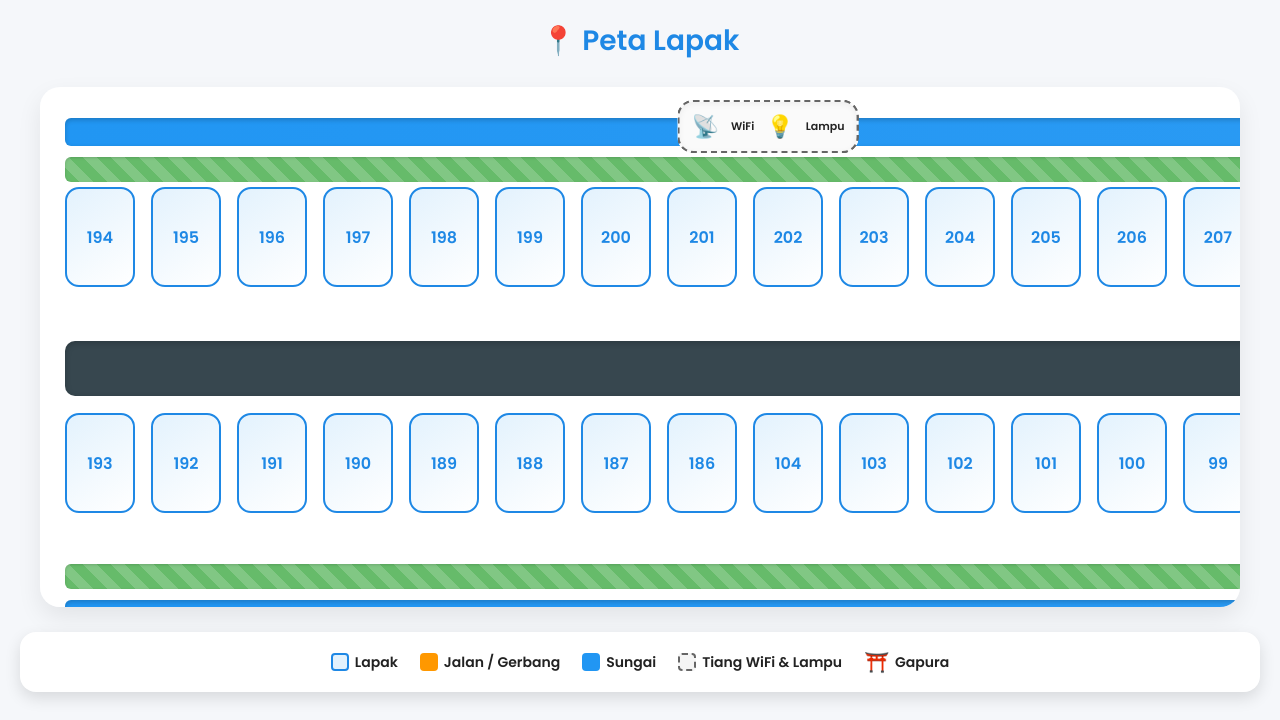
Repository: pasarrakyatbak/denah
Page: index.html
The author's editor kept a copy of each file at every save. The page is drawn from the files as they stood at one save, then again after a run of saves.
The browser window is 1280 px wide. The pictures show the whole page.
An inner scrolling area shows only its first screen.

Above is the page before, as saved 2025-09-19 19:01:17.

### index.html
<!DOCTYPE html>
<html lang="id">

<head>
    <meta charset="utf-8" />
    <meta name="viewport" content="width=device-width, initial-scale=1" />
    <title>Peta Lapak Modern</title>
    <link href="https://fonts.googleapis.com/css2?family=Poppins:wght@400;600&display=swap" rel="stylesheet">
    <link rel="stylesheet" href="style.css" />
</head>

<body>
    <h1>📍 Peta Lapak</h1>

    <!-- Tooltip -->
    <div class="tooltip" id="tooltip"></div>

    <!-- Grid Container -->
    <div class="scroll-container">
        <div class="h-inner">

            <!-- Rumput kiri -->
            <div class="sungai-side">🌊 Sungai</div>
            <div class="rumput"></div>
            <!-- Lapak kanan (sekarang di atas jalan utama) -->
            <div class="row bottom" id="right-side"></div>
            <!-- Jalan utama -->
            <div class="road-wrapper">
                <div class="road">JALAN UTAMA</div>
            </div>

            <!-- Lapak kiri (sekarang di bawah jalan utama) -->
            <div class="row top" id="left-side"></div>

            <!-- Rumput kanan -->
            <div class="rumput"></div>
            <div class="sungai-side">🌊 Sungai</div>
        </div>
    </div>


    <!-- Legend -->
    <div class="legend">
        <div>
            <div class="legend-color lapak-color"></div> Lapak
        </div>
        <div>
            <div class="legend-color jalan-color"></div> Jalan / Gerbang
        </div>
        <div>
            <div class="legend-color sungai-color"></div> Sungai
        </div>
        <div>
            <div class="legend-color tiang-color"></div> Tiang WiFi & Lampu
        </div>
        <div>
            <div class="legend-icon">⛩️</div> Gapura
        </div>
    </div>
    </div>

    <script src="script.js"></script>
</body>

</html>

### style.css
/* Reset & Base */
* {
    margin: 0;
    padding: 0;
    box-sizing: border-box;
}

body {
    font-family: 'Poppins', sans-serif;
    background: #f5f7fa;
    color: #222;
    padding: 20px;
    text-align: center;
}

h1 {
    font-size: 28px;
    margin-bottom: 25px;
    color: #1e88e5;
    font-weight: 700;
}

/* Scroll container */
.scroll-container {
    width: 100%;
    max-width: 1200px;
    height: 520px;
    overflow: auto;
    background: #fff;
    border-radius: 20px;
    padding: 25px;
    box-shadow: 0 10px 25px rgba(0, 0, 0, 0.08);
    margin: auto;
}

.h-inner {
    display: flex;
    flex-direction: column;
    gap: 5px;
    min-width: max-content;
}

.row {
    display: flex;
    gap: 16px;
    align-items: flex-start;
    flex-wrap: wrap;
    min-width: max-content;
}

/* Lapak modern */
.lapak {
    width: 70px;
    height: 100px;
    border-radius: 14px;
    background: linear-gradient(145deg, #e3f2fd, #ffffff);
    border: 2px solid #1e88e5;
    color: #1e88e5;
    font-weight: 600;
    display: flex;
    align-items: center;
    justify-content: center;
    cursor: pointer;
    font-size: 16px;
    transition: all 0.3s ease;
}

.lapak:hover {
    background: #1e88e5;
    color: #fff;
    transform: translateY(-6px) scale(1.08);
    box-shadow: 0 10px 18px rgba(30, 136, 229, 0.35);
}

/* Jalan utama */
.road {
    height: 85px;
    background: #37474f;
    color: #fff;
    display: flex;
    align-items: center;
    justify-content: center;
    border-radius: 14px;
    font-weight: 700;
    font-size: 16px;
    margin: 12px 0;
    letter-spacing: 1px;
    box-shadow: inset 0 2px 6px rgba(0, 0, 0, 0.2);
}

/* Jalan / Gerbang */
.jalan-gerbang {
    width: 150px;
    height: 50px;
    background: #ff9800;
    color: #fff;
    display: flex;
    align-items: center;
    justify-content: center;
    border-radius: 12px;
    font-weight: 700;
    transition: all 0.3s;
    box-shadow: 0 4px 12px rgba(255, 152, 0, 0.3);
}

.jalan-gerbang:hover {
    background: #fb8c00;
    transform: translateY(-4px);
}

/* Gapura lintas jalan */
.gapura-container {
    width: 70px;
    height: 100px;
    display: flex;
    flex-direction: column;
    align-items: center;
    justify-content: center;
    gap: 4px;
}

.gapura-icon {
    font-size: 26px;
}

.gapura-arrow {
    font-size: 18px;
}

/* Sungai */
.sungai-bawah {
    background: linear-gradient(180deg, #2196f3 0%, #64b5f6 100%);
    border-radius: 12px;
    color: #fff;
    font-weight: 600;
    display: flex;
    align-items: center;
    justify-content: center;
    font-size: 0.85em;
    width: 120%;
    height: 40px;
    box-shadow: 0 3px 8px rgba(33, 150, 243, 0.4);
}

.sungai-atas {
    background: linear-gradient(90deg, #00bfff, #4fc3f7);
    color: #fff;
    font-size: 12px;
    font-weight: bold;
    padding: 4px 10px;
    border-radius: 8px;
    margin-bottom: 5px;
}

/* Tiang WiFi + Lampu */
.tiang-container {
    position: absolute;
    top: 100px;
    left: 60%;
    transform: translateX(-50%);
    z-index: 10;
    min-width: 120px;
    padding: 8px 12px;
    background: #fafafa;
    border: 2px dashed #666;
    border-radius: 16px;
    display: flex;
    align-items: center;
    justify-content: center;
    gap: 12px;
    font-size: 22px;
    font-weight: bold;
    color: #444;
    box-shadow: inset 0 2px 6px rgba(0, 0, 0, 0.05);
}

.tiang-label {
    font-size: 11px;
    font-weight: 600;
    color: #222;
}


/* Tooltip */
.tooltip {
    position: absolute;
    background: rgba(30, 136, 229, 0.95);
    color: #fff;
    padding: 7px 12px;
    border-radius: 8px;
    font-size: 13px;
    pointer-events: none;
    opacity: 0;
    transition: opacity 0.2s, transform 0.2s;
    z-index: 10;
    transform: translateY(-4px);
}

/* Legend */
.legend {
    margin-top: 25px;
    background: #fff;
    padding: 14px 20px;
    border-radius: 16px;
    box-shadow: 0 6px 16px rgba(0, 0, 0, 0.12);
    font-size: 14px;
    font-weight: 600;
    line-height: 1.6;
    display: flex;
    gap: 22px;
    justify-content: center;
    flex-wrap: wrap;
}

.legend div {
    display: flex;
    align-items: center;
    gap: 6px;
}

.legend-color {
    width: 18px;
    height: 18px;
    border-radius: 4px;
}

.legend-icon {
    font-size: 20px;
}

/* Legend colors */
.lapak-color {
    background: #e3f2fd;
    border: 2px solid #1e88e5;
}

.jalan-color {
    background: #ff9800;
}

.sungai-color {
    background: #2196f3;
}

.tiang-color {
    background: #f5f5f5;
    border: 2px dashed #666;
}

/* Wrapper */
.lapak-wrapper {
    display: flex;
    flex-direction: column;
    align-items: center;
    gap: 6px;
}

.lapak-wrapper .lapak {
    order: 2;
}

.lapak-wrapper .jalan-gerbang,
.lapak-wrapper .gapura-container,
.lapak-wrapper .sungai-atas,
.lapak-wrapper .sungai-bawah,
.lapak-wrapper .tiang-container {
    order: 1;
}

/* Bungkus jalan + rumput */
.road-wrapper {
    display: flex;
    flex-direction: column;
    gap: 6px;
    width: 100%;
}

/* Jalan utama penuh kiri kanan */
.road {
    height: 55px;
    width: 100%;
    background: #37474f;
    color: #fff;
    display: flex;
    align-items: center;
    justify-content: center;
    border-radius: 10px;
    font-weight: 700;
    font-size: 16px;
    letter-spacing: 1px;
    box-shadow: inset 0 2px 6px rgba(0, 0, 0, 0.2);
}

/* Rumput di sisi jalan */
.rumput {
    height: 25px;
    width: 100%;
    background: repeating-linear-gradient(45deg,
            #66bb6a,
            #66bb6a 10px,
            #81c784 10px,
            #81c784 20px);
    border-radius: 6px;
    box-shadow: inset 0 1px 3px rgba(0, 0, 0, 0.15);
}

/* Sungai samping */
.sungai-side {
    width: 100%;
    height: 28px;
    background: linear-gradient(90deg, #2196f3, #64b5f6);
    border-radius: 6px;
    color: #fff;
    font-weight: 600;
    font-size: 13px;
    display: flex;
    align-items: center;
    justify-content: center;
    gap: 6px;
    box-shadow: inset 0 2px 5px rgba(0, 0, 0, 0.2);
    margin: 6px 0;
}

/* Responsive */
@media(max-width:900px) {
    .scroll-container {
        height: 450px;
    }

    .lapak {
        width: 60px;
        height: 90px;
        font-size: 14px;
    }

    .jalan-gerbang {
        width: 120px;
        height: 45px;
        font-size: 13px;
    }
}

@media(max-width:600px) {
    body {
        padding: 12px;
    }

    h1 {
        font-size: 22px;
    }

    .scroll-container {
        height: 400px;
        padding: 12px;
    }

    .lapak {
        width: 50px;
        height: 80px;
        font-size: 13px;
    }

    .jalan-gerbang {
        width: 100px;
        height: 40px;
        font-size: 12px;
    }

    .sungai-bawah {
        width: 100%;
        height: 35px;
        font-size: 0.75em;
    }
}

### script.js
// DATA NOMOR
const leftNumbers = [1, 2, 3, 4, 5, 6, 7, 8, 9, 10, 11, 15, 16, 17, 18, 19, 20, 21, 22, 23, 24, 25, 26, 27, 28, 29, 30, 31, 32, 33, 34, 35, 36, 37, 38, 39, 40, 41, 42, 43, 44, 45, 46, 47, 48, 49, 50, 51, 52, 53, 54, 55, 56, 57, 58, 59, 60, 61, 62, 63, 64, 65, 66, 67, 68, 69, 70, 71, 72, 73, 74, 75, 76, 77, 78, 79, 80, 81, 82, 83, 84, 85, 86, 87, 88, 89, 90, 91, 92, 93, 94, 95, 96, 97, 98, 99, 100, 101, 102, 103, 104, 186, 187, 188, 189, 190, 191, 192, 193];
const rightNumbers = [194, 195, 196, 197, 198, 199, 200, 201, 202, 203, 204, 205, 206, 207, 208, 209, 210, 211, 212, 213, 105, 106, 107, 108, 109, 110, 111, 112, 113, 114, 115, 116, 117, 118, 119, 120, 121, 122, 123, 124, 125, 126, 127, 128, 129, 130, 131, 132, 133, 134, 135, 136, 137, 138, 214, 215, 216, 139, 140, 141, 142, 143, 144, 145, 146, 147, 148, 149, 150, 151, 152, 153, 154, 155, 156, 157, 158, 159, 160, 161, 162, 163, 164, 165, 166, 167, 168, 169, 170, 171, 172, 173, 174, 175, 176, 177, 178, 179, 180, 181, 182, 183, 184, 185];

const rightSide = document.getElementById('right-side');
const leftSide = document.getElementById('left-side');

// Buat lapak
function makeLapak(num) {
    const d = document.createElement('div');
    d.className = 'lapak';
    d.textContent = num;
    return d;
}

rightNumbers.forEach(n => rightSide.appendChild(makeLapak(n)));
leftNumbers.slice().reverse().forEach(n => leftSide.appendChild(makeLapak(n)));

// Gerbang
function insertGerbangBetween(parent, a, b, label = 'Gerbang') {
    const children = Array.from(parent.children);
    const idxA = children.findIndex(c => c.textContent == String(a));
    const idxB = children.findIndex(c => c.textContent == String(b));
    if (idxA === -1 || idxB === -1) return;
    const insertAfterIndex = Math.min(idxA, idxB);
    const refNode = parent.children[insertAfterIndex + 1] || null;
    const g = document.createElement('div');
    g.className = 'jalan-gerbang';
    g.textContent = label;
    parent.insertBefore(g, refNode);
}
insertGerbangBetween(leftSide, 2, 3);
insertGerbangBetween(leftSide, 11, 15);

// Gapura lintas jalan
function insertGapura(leftParent, rightParent, a, b) {
    const idxL = Array.from(leftParent.children).findIndex(c => c.textContent == a);
    const idxR = Array.from(rightParent.children).findIndex(c => c.textContent == b);
    if (idxL === -1 || idxR === -1) return;

    const gapuraBottom = document.createElement('div');
    gapuraBottom.className = 'gapura-container';
    gapuraBottom.innerHTML = `<div class="gapura-icon">⛩️</div><div class="gapura-arrow">⬆️</div>`;
    leftParent.insertBefore(gapuraBottom, leftParent.children[idxL + 1]);

    const gapuraTop = document.createElement('div');
    gapuraTop.className = 'gapura-container';
    gapuraTop.innerHTML = `<div class="gapura-arrow">⬇️</div><div class="gapura-icon">⛩️</div>`;
    rightParent.insertBefore(gapuraTop, rightParent.children[idxR]);
}
insertGapura(leftSide, rightSide, 57, 146);

// Sungai
function placeSungaiBelow(parent, num) {
    const target = Array.from(parent.children).find(c => c.textContent == num);
    if (!target) return;
    const wrapper = document.createElement('div');
    wrapper.className = 'lapak-wrapper';
    wrapper.setAttribute('data-lapak', num);
    parent.insertBefore(wrapper, target);
    wrapper.appendChild(target);

    const sungai = document.createElement('div');
    sungai.className = 'sungai-bawah';
    sungai.textContent = 'Sungai';
    wrapper.appendChild(sungai);
}
function placeSungaiAbove(parent, num) {
    const target = Array.from(parent.children).find(c => c.textContent == num);
    if (!target) return;
    const wrapper = document.createElement('div');
    wrapper.className = 'lapak-wrapper';
    wrapper.setAttribute('data-lapak', num);
    parent.insertBefore(wrapper, target);
    wrapper.appendChild(target);

    const sungai = document.createElement('div');
    sungai.className = 'sungai-atas';
    sungai.textContent = 'Sungai';
    wrapper.insertBefore(sungai, target);
}
placeSungaiBelow(leftSide, 62);
placeSungaiAbove(rightSide, 141);

// Tiang WiFi + Lampu
function insertTiangAbove(parent, num) {
    const target = Array.from(parent.children).find(c => c.textContent == num);
    if (!target) return;

    // Bungkus dulu
    const wrapper = document.createElement('div');
    wrapper.className = 'lapak-wrapper';
    parent.insertBefore(wrapper, target);
    wrapper.appendChild(target);

    // Tambah tiang di atas lapak
    const tiang = document.createElement('div');
    tiang.className = 'tiang-container';
    tiang.innerHTML = `📡<div class="tiang-label">WiFi</div>💡<div class="tiang-label">Lampu</div>`;
    wrapper.insertBefore(tiang, target);
}


// Jalan
function insertJalan(parent, a, b, label = 'Jalan') {
    const idxA = Array.from(parent.children).findIndex(c => c.textContent == a);
    const idxB = Array.from(parent.children).findIndex(c => c.textContent == b);
    if (idxA === -1 || idxB === -1) return;
    const insertAfter = Math.min(idxA, idxB);
    const refNode = parent.children[insertAfter + 1] || null;
    const jalan = document.createElement('div');
    jalan.className = 'jalan-gerbang';
    jalan.textContent = label;
    parent.insertBefore(jalan, refNode);
}

// Contoh insert
insertJalan(rightSide, 156, 157);
insertJalan(rightSide, 216, 139);
insertJalan(rightSide, 163, 164);
insertJalan(rightSide, 180, 181);
insertTiangAbove(rightSide, 20, 201);
insertTiangAbove(rightSide, 108, 109);
insertTiangAbove(rightSide, 124, 125);
insertTiangAbove(rightSide, 137, 138);

const tooltip = document.getElementById('tooltip');

function showTooltip(e, text) {
    tooltip.textContent = text;
    tooltip.style.left = e.pageX + 10 + 'px';
    tooltip.style.top = e.pageY + 10 + 'px';
    tooltip.style.opacity = 1;
}

function hideTooltip() {
    tooltip.style.opacity = 0;
}

// Tambahkan tooltip untuk setiap elemen
document.querySelectorAll('.lapak').forEach(el => {
    el.addEventListener('mouseenter', e => showTooltip(e, 'Lapak #' + el.textContent));
    el.addEventListener('mousemove', e => showTooltip(e, 'Lapak #' + el.textContent));
    el.addEventListener('mouseleave', hideTooltip);
});

document.querySelectorAll('.jalan-gerbang').forEach(el => {
    el.addEventListener('mouseenter', e => showTooltip(e, 'Jalan / Gerbang: ' + el.textContent));
    el.addEventListener('mousemove', e => showTooltip(e, 'Jalan / Gerbang: ' + el.textContent));
    el.addEventListener('mouseleave', hideTooltip);
});

document.querySelectorAll('.sungai-bawah, .sungai-atas').forEach(el => {
    el.addEventListener('mouseenter', e => showTooltip(e, 'Sungai'));
    el.addEventListener('mousemove', e => showTooltip(e, 'Sungai'));
    el.addEventListener('mouseleave', hideTooltip);
});

document.querySelectorAll('.tiang-container').forEach(el => {
    el.addEventListener('mouseenter', e => showTooltip(e, 'Tiang WiFi & Lampu'));
    el.addEventListener('mousemove', e => showTooltip(e, 'Tiang WiFi & Lampu'));
    el.addEventListener('mouseleave', hideTooltip);
});

document.querySelectorAll('.gapura-container').forEach(el => {
    el.addEventListener('mouseenter', e => showTooltip(e, 'Gapura Lintas Jalan'));
    el.addEventListener('mousemove', e => showTooltip(e, 'Gapura Lintas Jalan'));
    el.addEventListener('mouseleave', hideTooltip);
});

After the next 2 saves:
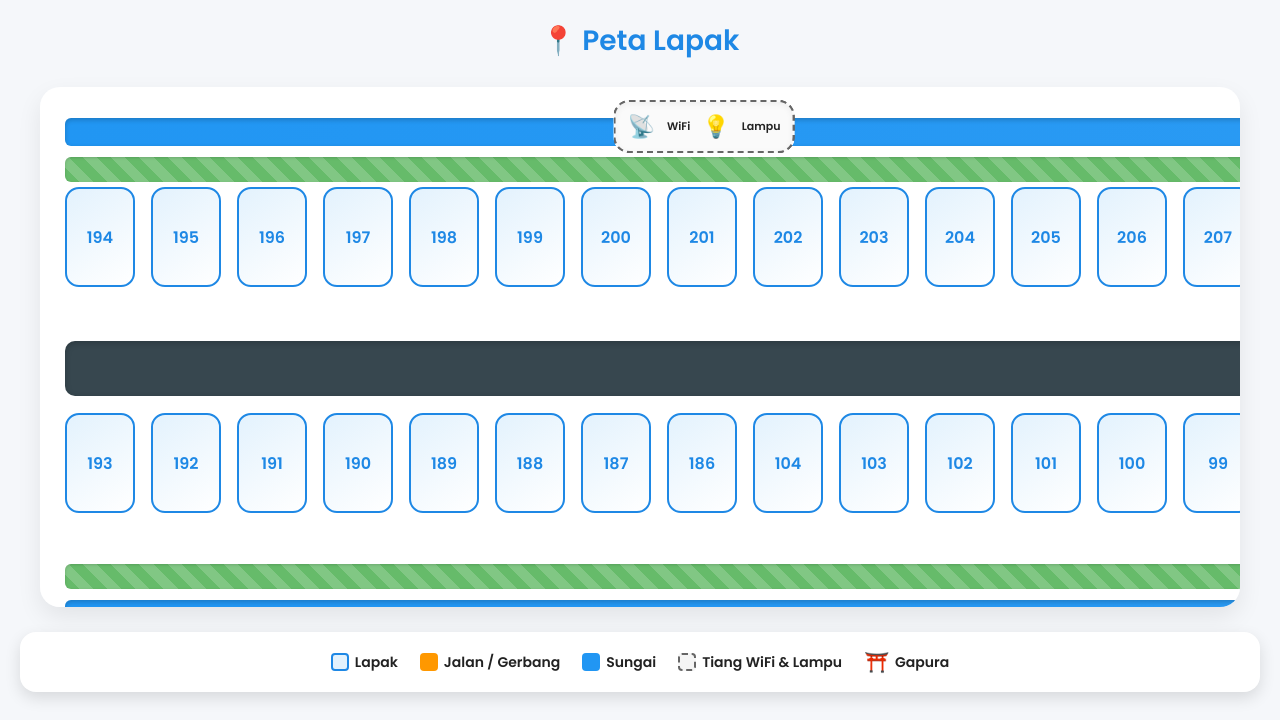
The 2 saves are shown as one change because they came seconds apart.
The last was saved 10 s later.
--- a/style.css
+++ b/style.css
@@ -156,7 +156,7 @@ h1 {
 .tiang-container {
     position: absolute;
     top: 100px;
-    left: 60%;
+    left: 55%;
     transform: translateX(-50%);
     z-index: 10;
     min-width: 120px;
